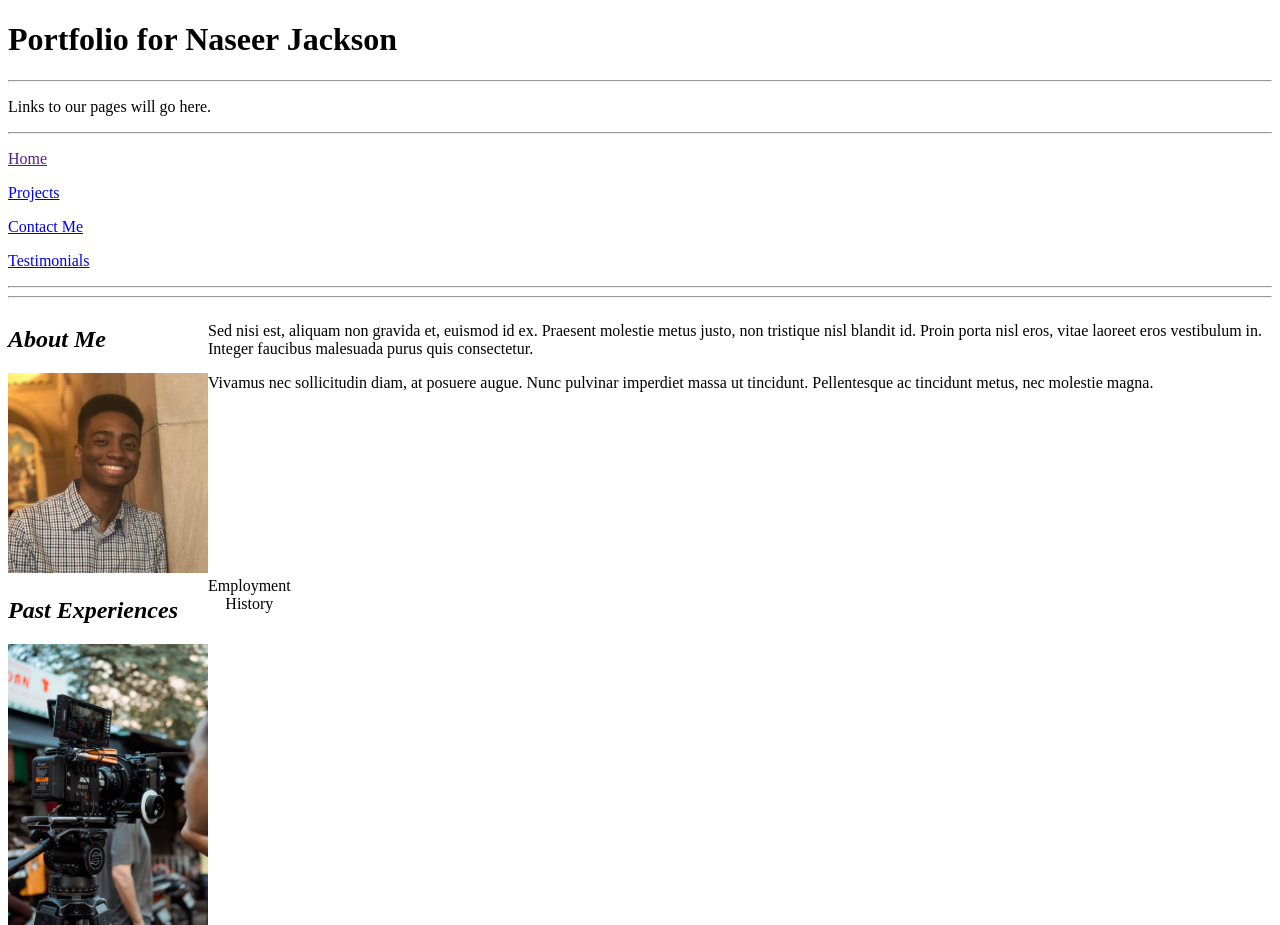
Repository: nj10deadend/Mthree-Intro-to-WebDev
Page: classwork/portfolio/index.html
An editor plug-in stored every save of this project. The page is shown before and after the next save, followed by the edit.
The browser window is 1280 px wide. The pictures show the part of the page from y = 0 to 925 px (the page is 1236 px tall).
A picture or video elsewhere on the page could not be fetched, so the positions and the page height are approximate.

Above is the page before, as saved 2021-12-01 10:00:06.

After the next save:
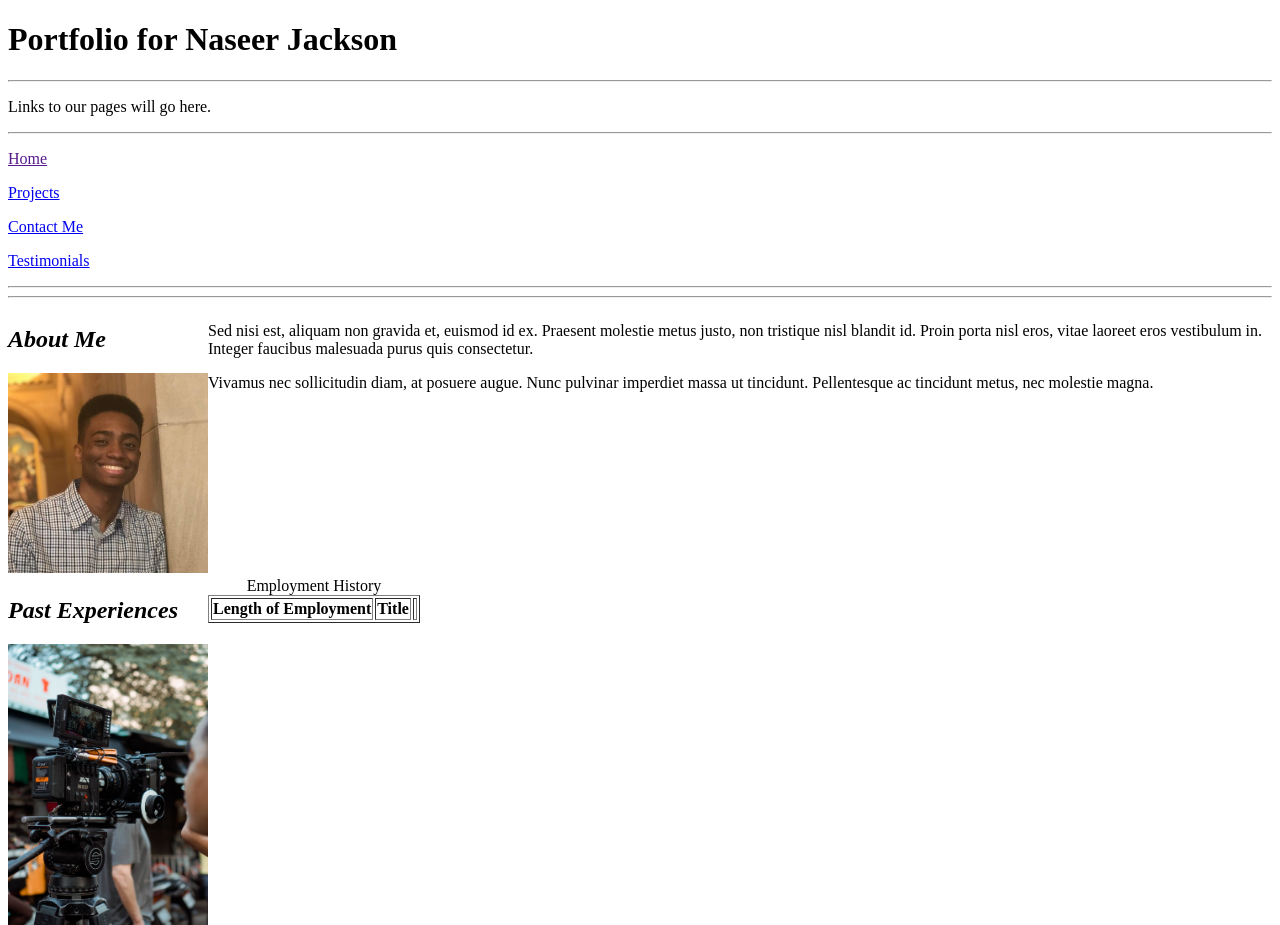
Saved 68 s later.
--- a/classwork/portfolio/index.html
+++ b/classwork/portfolio/index.html
@@ -69,8 +69,12 @@
 
             <div>
 
-                <table>
+                <table border="1">
                     <caption>Employment History</caption>
+                    <th>Length of Employment</th>
+                    <th>Title</th>
+                    <th></th>
+
                 </table>
 
                 <!-- <p>Pellentesque venenatis ligula vel sem porttitor vehicula. Fusce lectus nibh, sollicitudin ac turpis id, aliquet sodales tellus. Vivamus scelerisque varius augue, a consequat dui efficitur sodales. Maecenas sed leo varius, fringilla magna in, semper est. Aliquam non elit quis nisi ornare volutpat sed id felis.</p>
